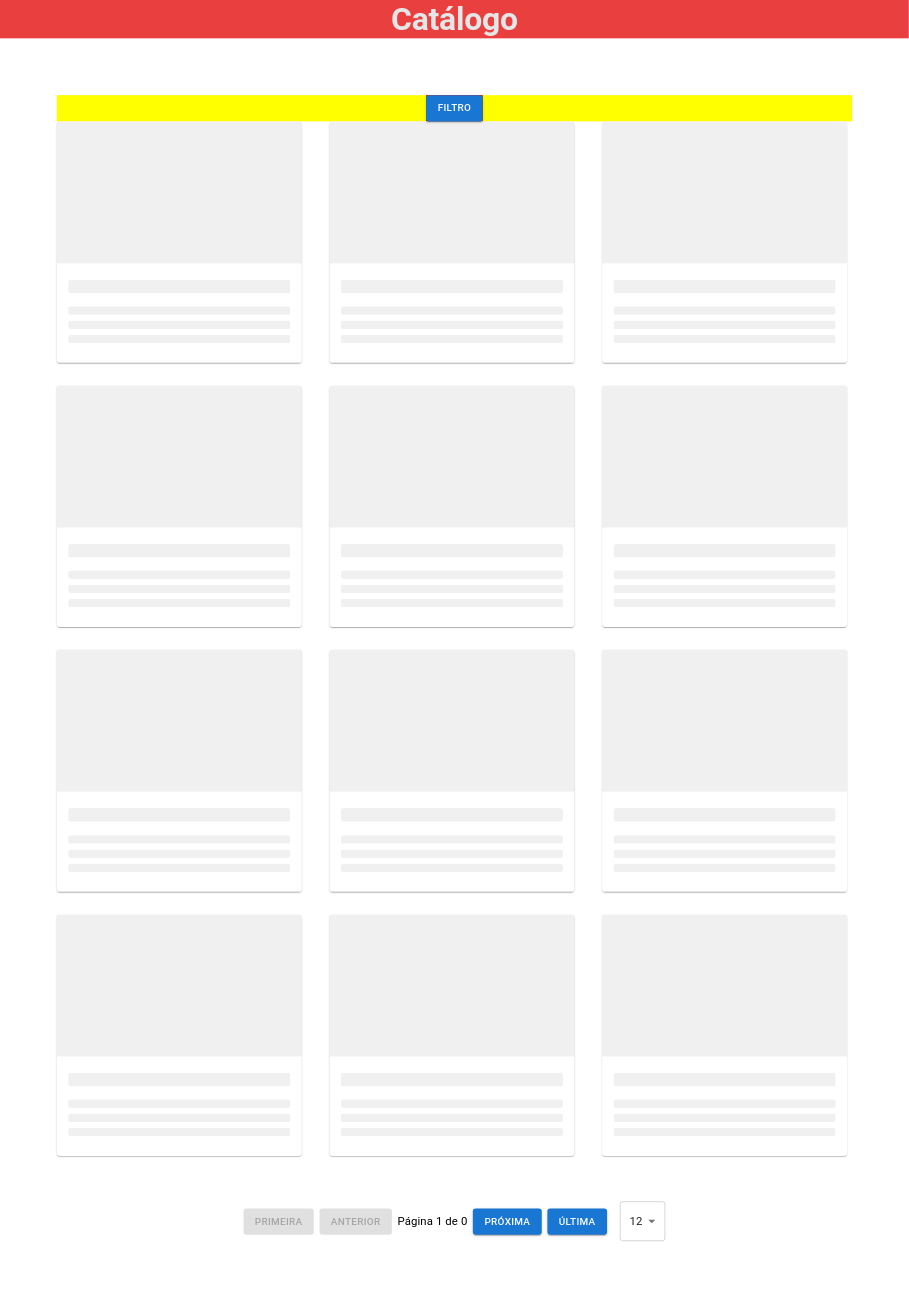
Repository: lenx0/PokeWiki-Front
Page: /
These files come from the project's save history. The page is drawn as it stood at one moment and after the next save; the edit follows.
The browser window is 1280 px wide. The pictures show the whole page, at 71% of full size.
The page's requests for data from a server got no answer. The project was rebuilt for these pictures with package versions that can differ from the ones it lists, and the page was loaded fresh each time. The framework's server and built-in components were replaced by stand-ins that run in the browser. No one was signed in, and anything a server would have sent is missing. Also part of the build but not shown: next.config.mjs.

Above is the page before, as saved 2024-02-17 12:19:48.

### src/app/layout.js
import { Inter } from "next/font/google";
import "./globals.css";

const inter = Inter({ subsets: ["latin"] });

export default function RootLayout({ children }) {
  return (
    <html lang="en">
      <body className={inter.className}>{children}</body>
    </html>
  );
}

### src/app/page.js
'use client'
import PokemonList from "./pages/PokemonList/page";

export default function Home() {
  return (
    <PokemonList />
  );
}

### src/app/pages/PokemonList/page.jsx
import { Box, Grid, Typography } from "@mui/material";

import Cards from "@/app/components/Cards";

export default function PokemonList() {
  return (
    <>
      <Grid
        item
        backgroundColor="#e93232ee"
        textAlign="center"
      >
        <Typography variant="h2" fontSize={45} fontWeight={700} color="#e6e6e6">
          Catálogo
        </Typography>
      </Grid>
      <Grid container padding={10}>
        <Cards />
      </Grid>
    </>
  );
}

### src/app/components/Cards/index.jsx
"use client";
import React, { useEffect, useState } from "react";
import {
  Card,
  CardContent,
  Typography,
  Grid,
  CardMedia,
  Box,
  Button,
} from "@mui/material";

import PokemonService from "@/services/PokemonService";
import { capitalizeFirstLetter } from "@/services/utils/CapitalizeFirstLetter";
import PokemonCardSkeleton from "../Skeleton";
import Pagination from "../Pagination";

export default function Cards() {
  const [pokemonList, setPokemonList] = useState([]);
  const [loading, setLoading] = useState(true);
  const [page, setPage] = useState(1);
  const [totalPages, setTotalPages] = useState(0);
  const [itemsPerPage, setItemsPerPage] = useState(12);

  useEffect(() => {
    async function getPokemon() {
      setLoading(true);

      const limit = itemsPerPage;
      const offset = (page - 1) * itemsPerPage;
      const pokemonListResponse = await PokemonService.getPokemon(
        limit,
        offset
      );
      const totalPokemon = pokemonListResponse.count;
      setTotalPages(Math.ceil(totalPokemon / itemsPerPage));

      const pokemonUrls = pokemonListResponse.results.map(
        (pokemon) => pokemon.url
      );
      const detailedPokemonList = await Promise.all(
        pokemonUrls.map(async (url) => {
          const pokemonDetailsResponse = await PokemonService.getPokemonDetails(
            url
          );
          return pokemonDetailsResponse;
        })
      );
      setPokemonList(detailedPokemonList);
      setLoading(false);
    }
    getPokemon();
  }, [page, itemsPerPage]);

  return (
    <>
      <Grid container justifyContent="center" backgroundColor="yellow">
        <Grid item backgroundColor="red">
          <Button variant="contained">Filtro</Button>
        </Grid>
      </Grid>
      <Grid container spacing={4}>
        {(loading || pokemonList.length === 0) &&
          Array.from({ length: itemsPerPage }).map((_, index) => (
            <Grid item xs={12} sm={6} md={4} key={index}>
              <PokemonCardSkeleton />
            </Grid>
          ))}
        {!loading &&
          pokemonList.map((pokemon, index) => (
            <Grid item xs={12} sm={6} md={4} lg={4} xl={2} key={index}>
              <Card
                sx={{
                  maxWidth: 245,
                  border: "none",
                  boxShadow: "2px 4px 8px 8px rgba(0,0,0,0.2)",
                }}
              >
                <CardMedia
                  component="img"
                  height="auto"
                  image={
                    pokemon.sprites.other["official-artwork"].front_default
                  }
                  alt={pokemon.name}
                />
                <CardContent>
                  <Box textAlign="center">
                    <Typography
                      gutterBottom
                      variant="h5"
                      fontWeight="700"
                      component="div"
                    >
                      {capitalizeFirstLetter(pokemon.name)}
                    </Typography>
                    <Typography variant="body2" color="text.secondary">
                      Número: {pokemon.order}
                    </Typography>
                    <Typography variant="body2" color="text.secondary">
                      Altura: {pokemon.height}
                    </Typography>
                    <Typography variant="body2" color="text.secondary">
                      Peso: {pokemon.weight}
                    </Typography>
                  </Box>
                </CardContent>
              </Card>
            </Grid>
          ))}
        <Grid item lg={12} xs={12}>
          <Pagination
            page={page}
            totalPages={totalPages}
            setPage={setPage}
            itemsPerPage={itemsPerPage}
            setItemsPerPage={setItemsPerPage}
          />
        </Grid>
      </Grid>
    </>
  );
}

### src/services/PokemonService.js
import HttpClient from "./utils/HttpClient";

class PokemonService {
  async getPokemon(limit, offset) {
    const url = `${process.env.NEXT_PUBLIC_API_BASE}?limit=${limit}&offset=${offset}`;
    const response = await HttpClient.getData(url);
    return response;
  }

  async getPokemonDetails(url) {
    const response = await HttpClient.getData(url);
    return response;
  }
}

export default new PokemonService();

### src/services/utils/CapitalizeFirstLetter.js
export function capitalizeFirstLetter(string) {
    return string.charAt(0).toUpperCase() + string.slice(1);
  }

### src/app/components/Skeleton/index.jsx
import React from "react";
import { Card, CardContent, Typography, Skeleton } from "@mui/material";

export default function PokemonCardSkeleton() {
  return (
    <Card sx={{ maxWidth: 345, border: "none" }}>
      <Skeleton variant="rectangular" width="100%" height={200} />
      <CardContent>
        <Typography gutterBottom variant="h5" component="div">
          <Skeleton />
        </Typography>
        <Typography variant="body2" color="text.secondary">
          <Skeleton />
        </Typography>
        <Typography variant="body2" color="text.secondary">
          <Skeleton />
        </Typography>
        <Typography variant="body2" color="text.secondary">
          <Skeleton />
        </Typography>
      </CardContent>
    </Card>
  );
}

### src/app/components/Pagination/index.jsx
import { Box, Button, MenuItem, Select, Typography } from "@mui/material";

const Pagination = ({
  page,
  totalPages,
  itemsPerPage,
  setPage,
  setItemsPerPage,
}) => {

  const nextPage = () => {
    setPage(page + 1);
  };

  const prevPage = () => {
    setPage(page - 1);
  };

  const goToFirstPage = () => {
    setPage(1);
  };

  const goToLastPage = () => {
    setPage(totalPages);
  };

  const handleChangeItemsPerPage = (event) => {
    const newItemsPerPage = parseInt(event.target.value);
    setItemsPerPage(newItemsPerPage);
    setPage(1);
  };

  return (
    <Box
      mt={4}
      gap={1}
      display="flex"
      justifyContent="center"
      alignItems="center"
    >
      <Button variant="contained" onClick={goToFirstPage} disabled={page === 1}>
        Primeira
      </Button>
      <Button variant="contained" onClick={prevPage} disabled={page === 1}>
        Anterior
      </Button>
      <Typography variant="body1">
        Página {page} de {totalPages}
      </Typography>
      <Button
        variant="contained"
        onClick={nextPage}
        disabled={page === totalPages}
      >
        Próxima
      </Button>
      <Button
        variant="contained"
        onClick={goToLastPage}
        disabled={page === totalPages}
      >
        Última
      </Button>
      <Select
        value={itemsPerPage}
        onChange={handleChangeItemsPerPage}
        label="Itens por página"
        variant="outlined"
        style={{ marginLeft: 10 }}
      >
        <MenuItem value={6}>6</MenuItem>
        <MenuItem value={12}>12</MenuItem>
        <MenuItem value={24}>24</MenuItem>
        <MenuItem value={48}>48</MenuItem>
      </Select>
    </Box>
  );
};

export default Pagination;

### src/services/utils/HttpClient.js
class HttpClient {
  async getData(url, filter) {
    try {
      const queryParams = new URLSearchParams({
        filter,
        option: {},
        page: 1,
        pageSize: 1000
      });
      const urlWithParams = `${url}?${queryParams.toString()}`;

      const response = await fetch(urlWithParams);

      if (!response.ok) {
        throw new Error(`Erro ao obter os dados: ${response.status}`);
      }

      return response.json();
    } catch (error) {
      console.error('Erro ao realizar a requisição:', error);
      throw error;
    }
  }

  async getDataDetails(url, filter) {
    try {
      let raw = JSON.stringify({
        filter,
        option: {},
        page: 1,
        pageSize: 100
      })

      let requestOptions = {
        method: 'GET',
        body: raw,
        redirect: 'follow'
      }

      const response = await fetch(url, requestOptions);

      if (!response.ok) {
        throw new Error(`Erro ao obter os detalhes: ${response.status}`);
      }

      return response.json();
    } catch (error) {
      console.error('Erro ao realizar a requisição:', error);
      throw error;
    }
  }
}

export default new HttpClient();

Loaded but not shown: src/app/globals.css (common file)

After the next save:
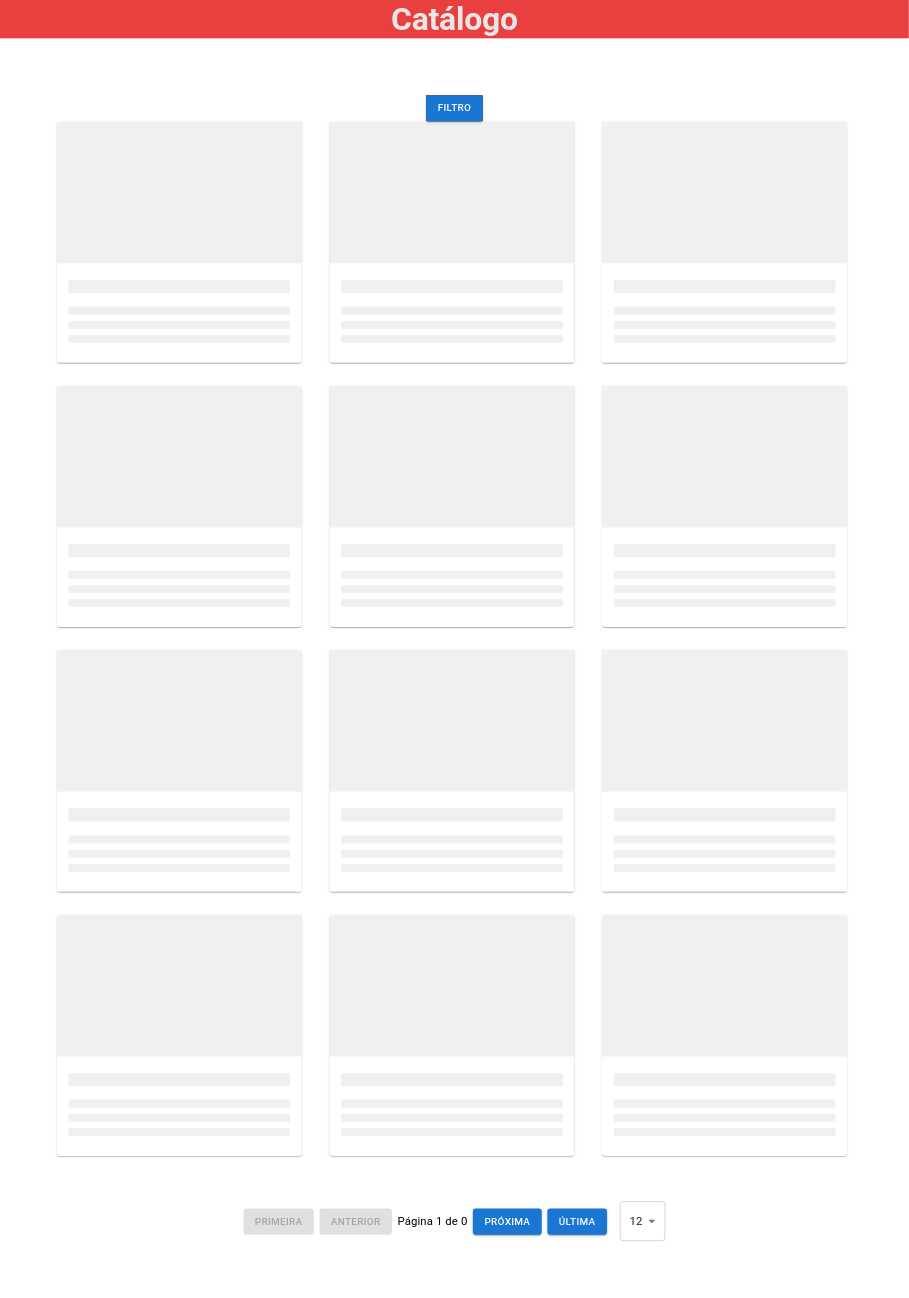
Saved 14 s later.
--- a/src/app/components/Cards/index.jsx
+++ b/src/app/components/Cards/index.jsx
@@ -54,7 +54,7 @@ export default function Cards() {
 
   return (
     <>
-      <Grid container justifyContent="center" backgroundColor="yellow">
+      <Grid container justifyContent="center" >
         <Grid item backgroundColor="red">
           <Button variant="contained">Filtro</Button>
         </Grid>
